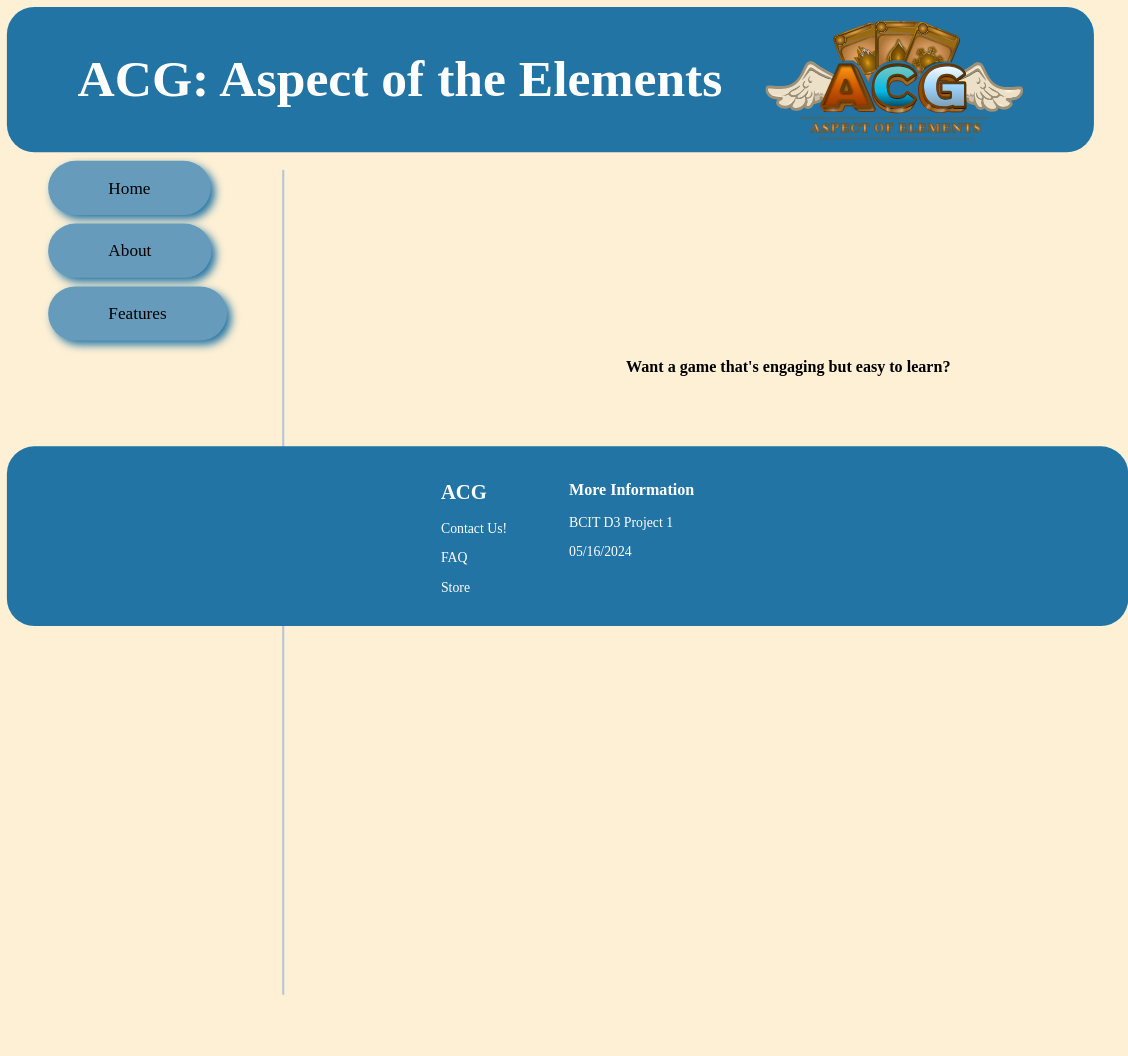
Repository: Delukalgh/ACG
Page: Features.html
These files come from the project's save history. The page is drawn as it stood at one moment and after the next save; the edit follows.
The browser window is 1280 px wide. The page is 1312 px wide, so the pictures cover 1312 px, including what lies to the right of the window. The pictures show the whole page, at 86% of full size.

Above is the page before, as saved 2024-05-15 15:20:45.

### Features.html
<!DOCTYPE html>
<html lang="en">

<head>
  <meta charset="UTF-8">
  <meta name="viewport" content="width=device-width, initial-scale=1.0">
  <meta http-equiv="X-UA-Compatible" content="ie=edge">
  <title>ACG Home Page</title>
  <link rel="stylesheet" href="features-style.css">
</head>

<body>
  <script src="index.js"></script>
  <div class="main-container">
    <div class="header-container">
      <h1 class="acg-header">ACG: Aspect of the Elements</h1>
      <img class="acg-logo" src="images/ACG-Logo.svg" alt="acg logo" style="width: 300px;" />
    </div>
    <div class="vertical-line"></div>

    <!--Side Menu-->
    <div class="buttons-container">
      <div class="button">
        <a class="link" href="index.html">
          <button class="about-page">Home</button>
        </a>
      </div>
    <div class="button">
      <a class="link" href="about.html">
        <button class="about-page">About</button>
      </a>
    </div>
    <div class="button">
      <a class="link" href="features.html">
        <button class="about-page">Features</button>
      </a>
    </div>
    </div>

    <!--Content-->
    <div class="features-container">
      <h3>Want a game that's engaging but easy to learn?</h3>
    </div>

    <!--Footer-->
    <div class="footer-container">
      <div class="footer-group-1">
        <h2>ACG</h2>
        <p>Contact Us!</p>
        <p>FAQ</p>
        <p>Store</p>
      </div>

      <div class="footer-group-2">
        <h3>More Information</h3>
        <p>BCIT D3 Project 1</p>
        <p>05/16/2024</p>
      </div>
    </div>
  </div>
</body>

</html>

### features-style.css
body {
  background-color: #FDF0D5;
}

.main-container {
  position: relative;
  min-height: 100vh;
}
.header-container {
  display: flex;
  background-color: #2274A5;
  padding: 10px;
  justify-content: center;
  border-radius: 32px;
}

.acg-header {
  color: white;
  font-family: cursive;
  font-size: 60px;
}

.acg-logo {
  display: flex;
  margin-left: 50px;
}

.vertical-line {
  border-left: 3px solid #B3C5D7;
  height: 60em;
  position:absolute;
  margin-left: 20em;
  border-radius: 32px;
  margin-top: 20px;
}

.button {
  display: flex;
  justify-content: center;
  margin-top: 10px;
  justify-content: left;
  margin-left: 3em;
}

.about-page {
  display: flex;
  background-color: #669BBC;
  padding: 20px 70px;
  border-radius: 32px;
  border: none;
  font-size: 20px;
  font-family: cursive;
  box-shadow: 5px 5px 10px #2274A5;
  cursor: pointer;
}

.link {
  text-decoration: none;
}

.footer-container {
  display: flex;
  background-color: #2274A5;
  padding: 20px;
  justify-content: center;
  border-radius: 32px;
  position:absolute;
  bottom: 0;
  width: 100%;
  color: white;
  font-family: cursive;
}

.footer-group-1 {
margin-right: 10vh;
}

.features-container {
  margin-left: 100vh;

}

Loaded but not shown: index.js (no stored copy; drawn as an empty file)

After the next save:
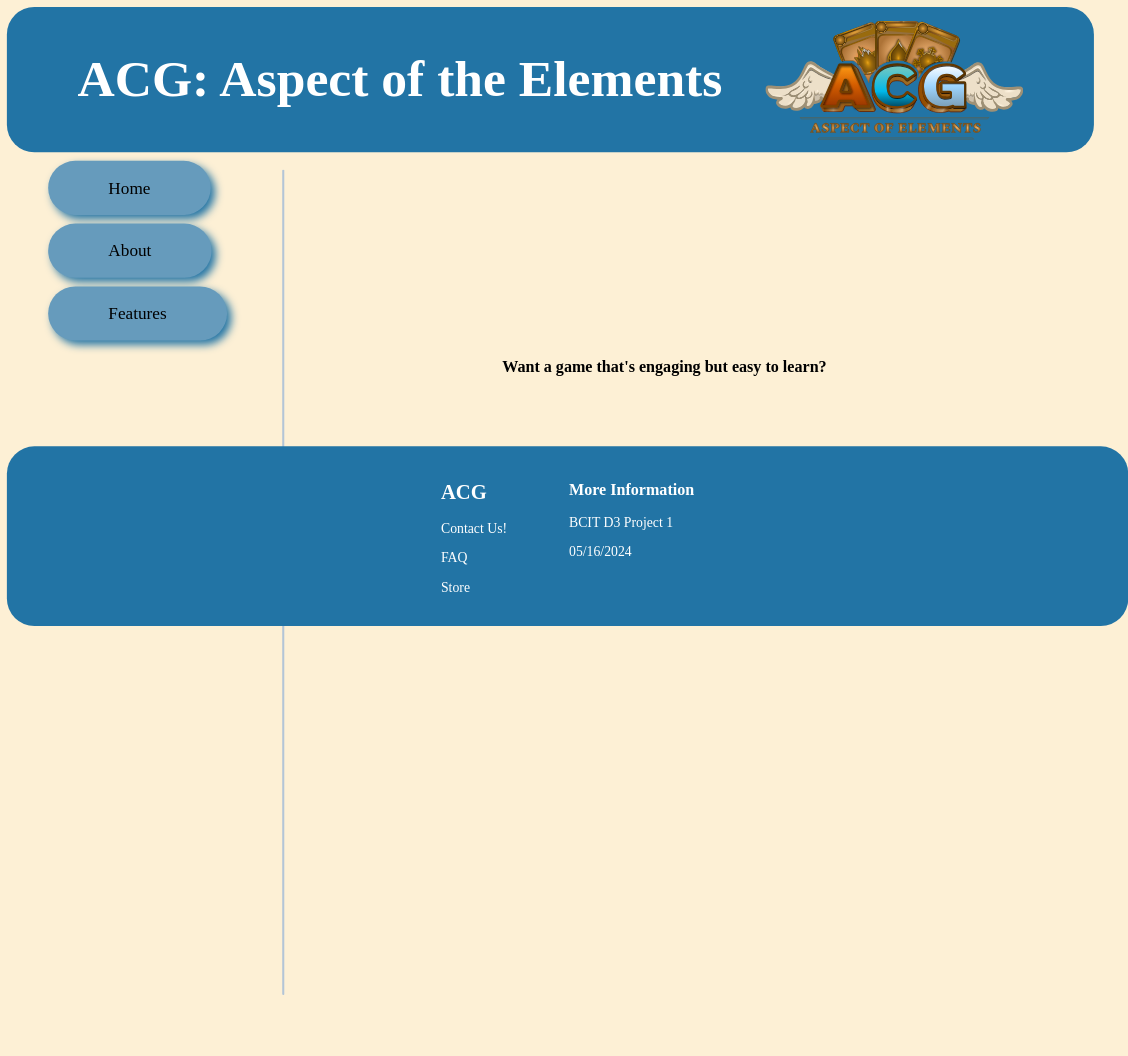
Saved 5 s later.
--- a/features-style.css
+++ b/features-style.css
@@ -76,6 +76,6 @@ margin-right: 10vh;
 }
 
 .features-container {
-  margin-left: 100vh;
+  margin-left: 80vh;
 
 }
